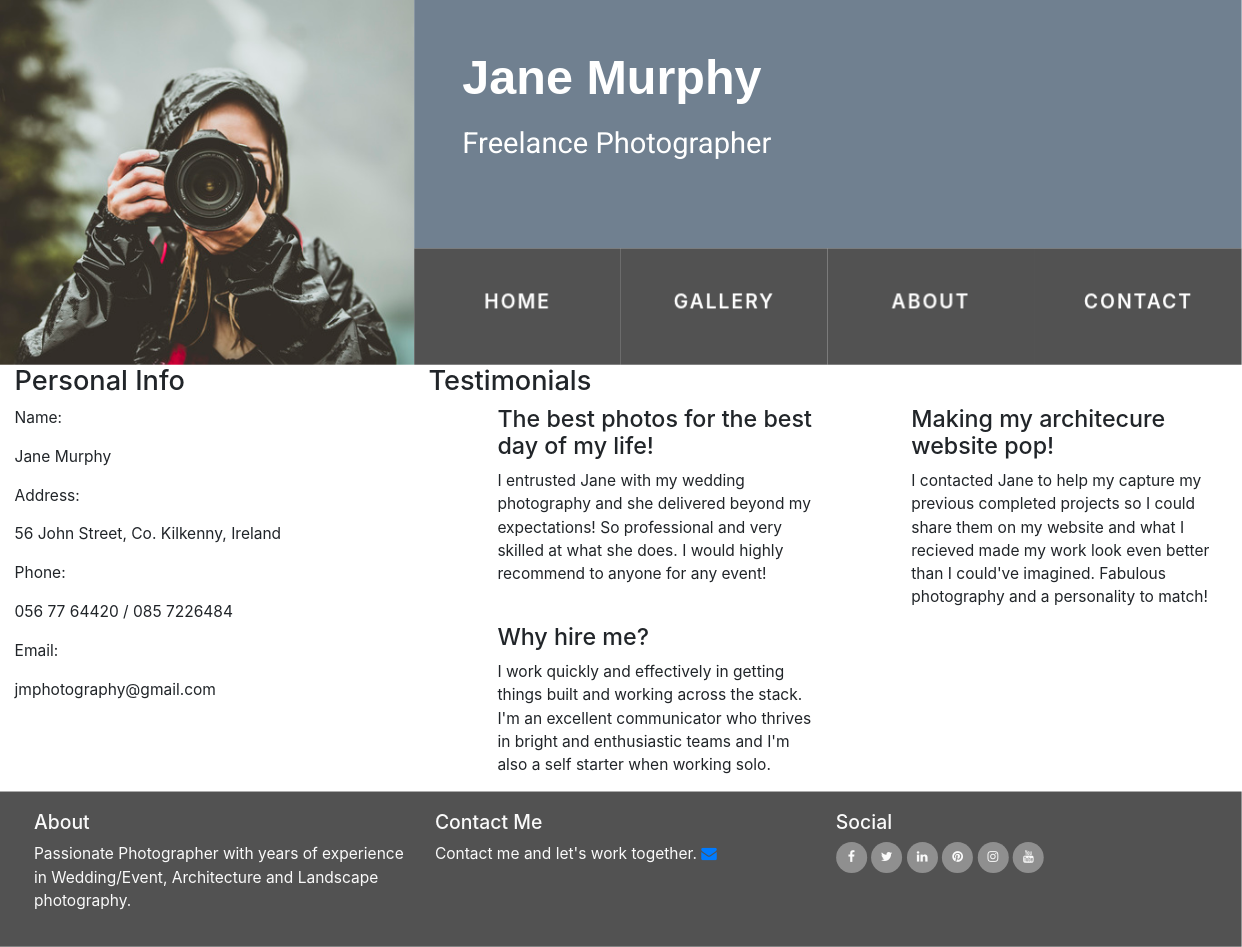
Repository: Code-Institute-Submissions/MrChrisRandall-milestone-1
Page: index.html
The author's editor kept a record of every edit. The page is drawn from the files as they stood at one moment, then again after the next edit.
The browser window is 1280 px wide. The pictures show the whole page, at 97% of full size.

Above is the page before.

After the next edit:
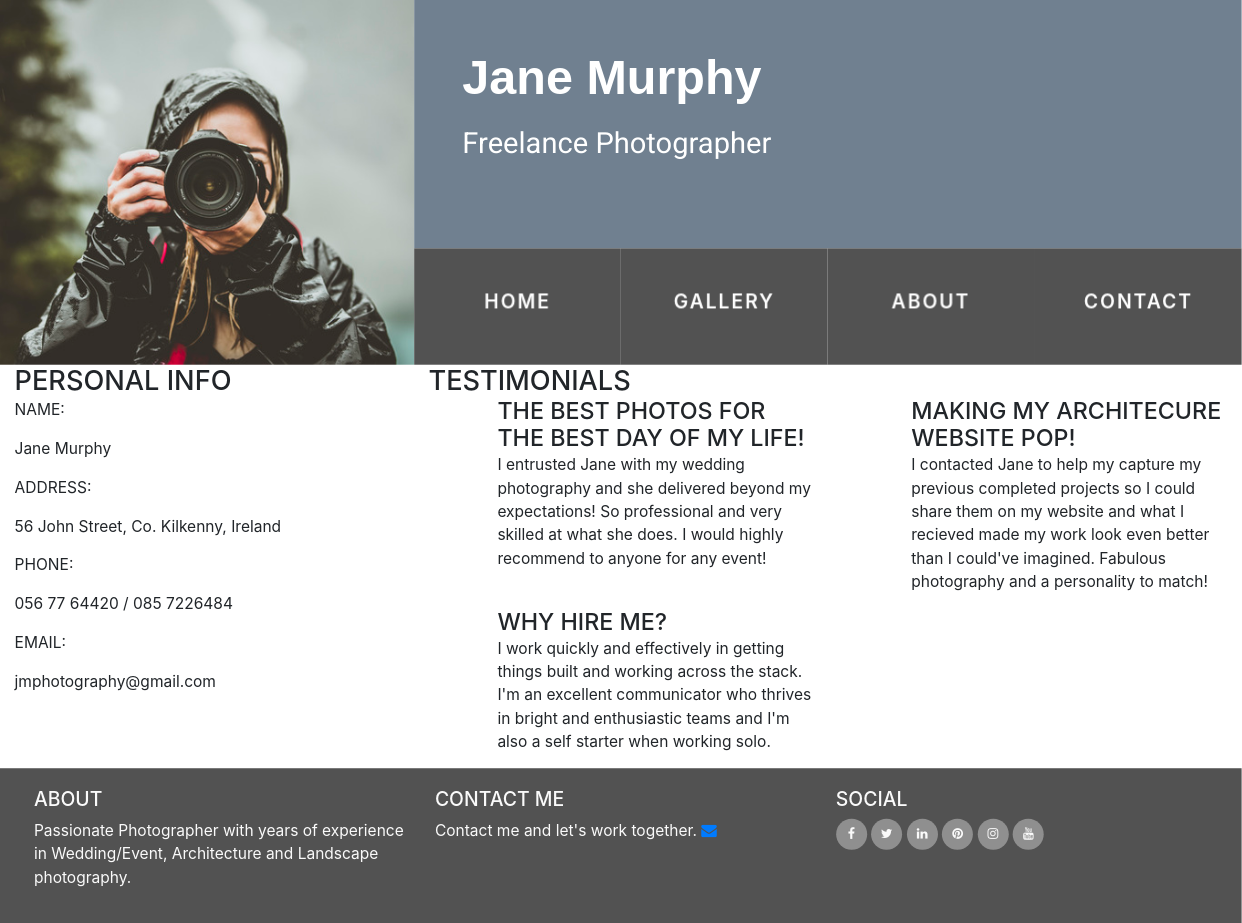
The edit:
--- a/assets/css/style.css
+++ b/assets/css/style.css
@@ -21,6 +21,19 @@
 
 .ui-menu-color-contact {
     background-color: #525252;
+}
+
+/*--------------------------------------------------Header*/
+
+h1,
+h2,
+h3,
+h4 {
+    margin: 0;
+}
+
+.uppercase {
+    text-transform: uppercase;
 }
 
 /*--------------------------------------------------Header*/
